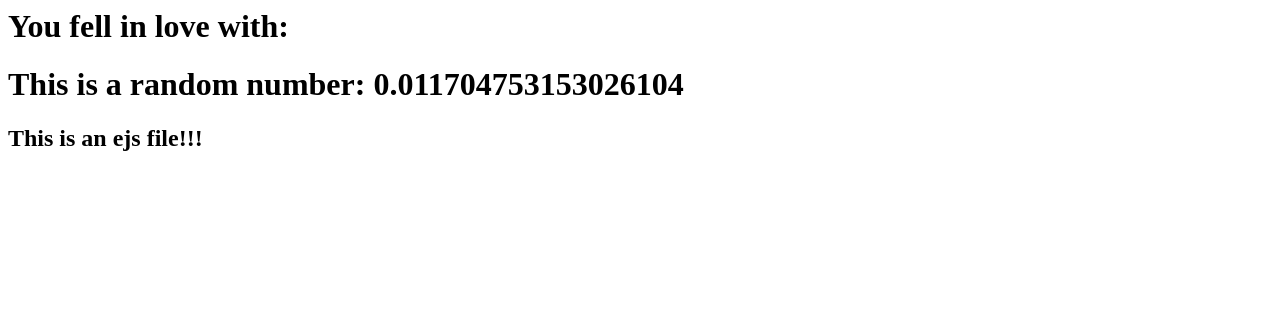
Repository: bosicheng/yelpcamp-project
Page: MoreExpress/EJSDemo/views/love.ejs
The author's editor kept a record of every edit. The page is drawn from the files as they stood at one moment, then again after the next edit.
The browser window is 1280 px wide. The pictures show the whole page.
The page is served by the project's Node server (MoreExpress/EJSDemo/app.js). The template is opened directly, without the code that normally fills it, so the values that code supplies are empty.

Above is the page before.

After the next edit:
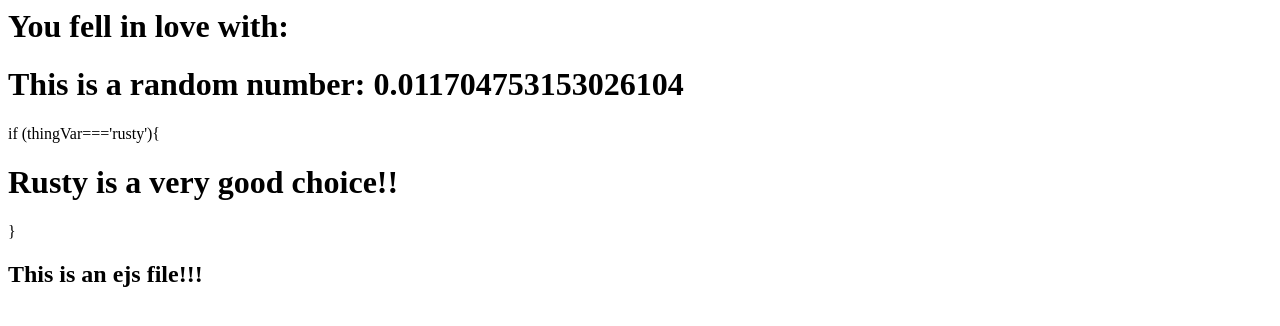
The edit:
--- a/MoreExpress/EJSDemo/views/love.ejs
+++ b/MoreExpress/EJSDemo/views/love.ejs
@@ -3,6 +3,9 @@
 <h1>This is a random number: <%=Math.random() %></h1>
 
 <!--ejs文件中 <%= %> 里面是在html指令中写js语言使其能够在html中运行-->
+if (thingVar==='rusty'){
+    <h1>Rusty is a very good choice!!</h1>
+}
 
 <h2>This is an ejs file!!!</h2>
 
